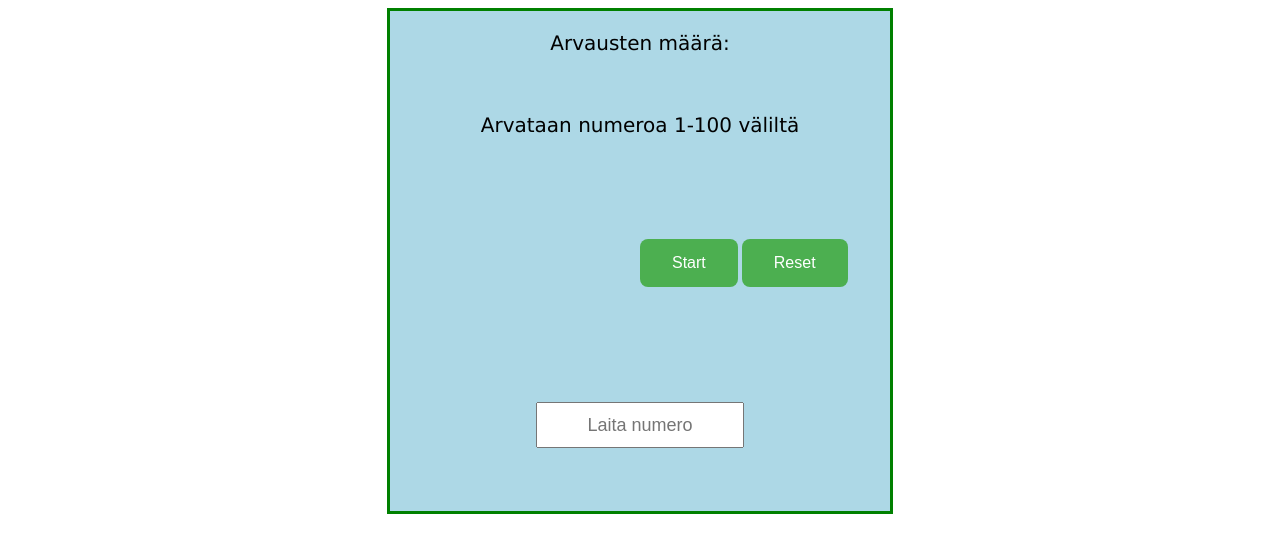
Repository: VadimZubchenko/numeronarvouspeli_JS
Page: public/index.html
These files come from the project's save history. The page is drawn as it stood at one moment and after the next save; the edit follows.
The browser window is 1280 px wide. The pictures show the whole page.

Above is the page before, as saved 2022-04-26 08:30:28.

After the next save:
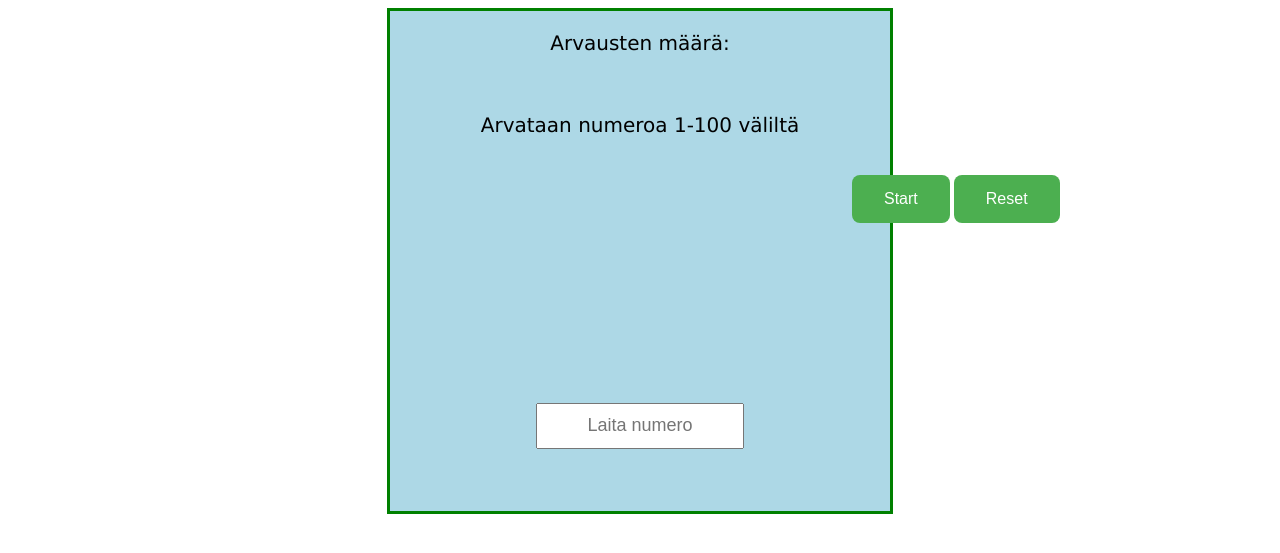
Saved 26 s later.
--- a/public/index.html
+++ b/public/index.html
@@ -15,8 +15,7 @@
     <p id="message" value="0"> Arvataan numeroa 1-100 väliltä </p>
     <br>
     <input type="text" id="numero" name="numero" onfocus="this.value='' "placeholder="Laita numero">
-    <br>
-    <br>
+
     <button id="startGame" onclick="startGame()">Start</button>
     <button id="resetGame" onclick="resetGame()">Reset</button>
 
